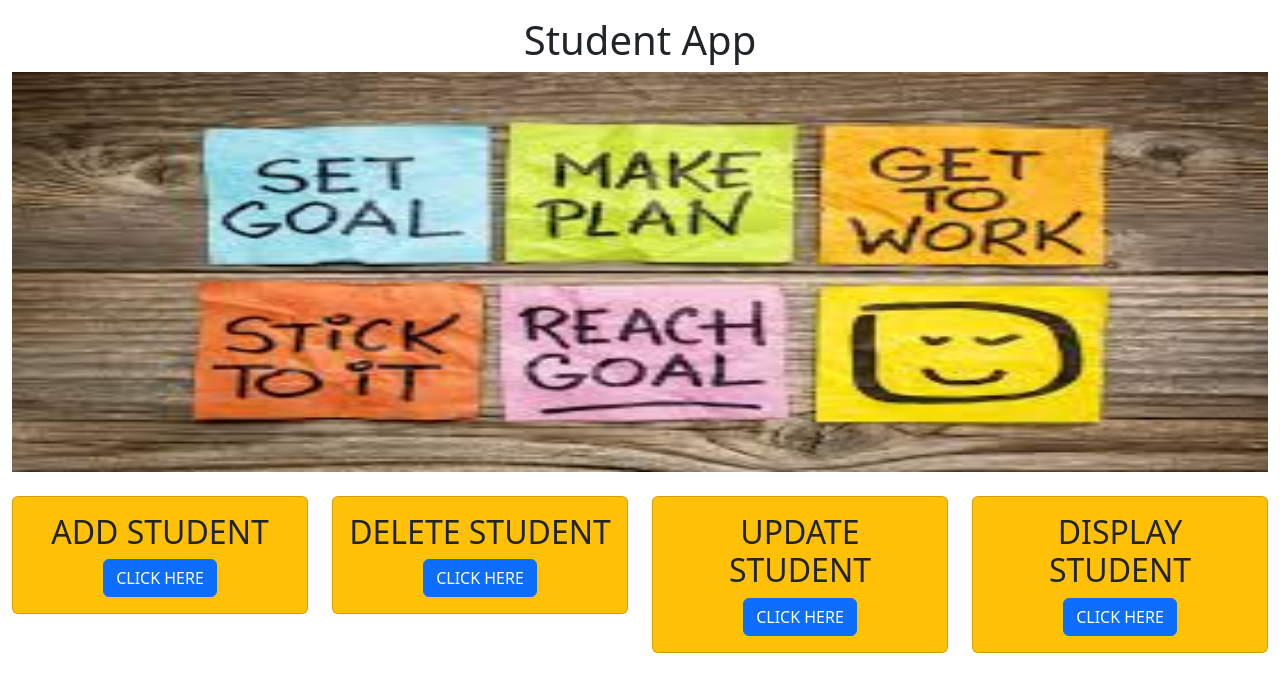
Repository: SNEHASHINDE26/JDBC
Page: eclipse-workspace/StudentApp/src/main/webapp/index.html
The author's editor kept a copy of each file at every save. The page is drawn from the files as they stood at one save, then again after the next save.
The browser window is 1280 px wide. The pictures show the whole page.

Above is the page before, as saved 2024-01-17 12:17:23.

### eclipse-workspace/StudentApp/src/main/webapp/index.html
<!DOCTYPE html>
<html>
<head>
<meta charset="ISO-8859-1">
<title>Student App</title>
<link href="https://cdn.jsdelivr.net/npm/bootstrap@5.3.0-alpha1/dist/css/bootstrap.min.css" rel="stylesheet" integrity="sha384-GLhlTQ8iRABdZLl6O3oVMWSktQOp6b7In1Zl3/Jr59b6EGGoI1aFkw7cmDA6j6gD" crossorigin="anonymous">

</head>
    <nav class="navbar by-warning nav justify-content-center" data-bs-theme="dark"></nav>

    <h1 class="text-center">Student App </h1>

<body>
      <div class="container-fluid text-center 0px">

              <div class="row">
                <div class="col">
                  <img src="img/StudentImg.jpg" height="400px"width="100%"/>
                </div>
              </div><br>

          <div class="row">

              <div class="col">
                <div class="card bg-warning">
                  <div class="card-body">
                    <h2 class="card-title">ADD STUDENT</h2>
                      <a href="add.html"class="btn btn-primary">CLICK HERE</a>
                  </div>
                </div>
              </div>


              <div class="col">
                <div class="card bg-warning">
                  <div class="card-body">
                    <h2 class="card-title">DELETE STUDENT</h2>
                      <a href="Delete.html"class="btn btn-primary">CLICK HERE</a>
                  </div>
                </div>
              </div>


              <div class="col">
                <div class="card bg-warning">
                  <div class="card-body">
                    <h2 class="card-title">UPDATE STUDENT</h2>
                      <a href="Update.html"class="btn btn-primary">CLICK HERE</a>
                  </div>
                </div>
              </div>


              <div class="col">
                <div class="card bg-warning">
                  <div class="card-body">
                    <h2 class="card-title">DISPLAY STUDENT</h2>
                      <a href="displaylink"class="btn btn-primary">CLICK HERE</a>
                  </div>
                </div>
             </div>

        </div>

   </div>

</body>
<footer>
        <script src="https://cdn.jsdelivr.net/npm/bootstrap@5.3.0-alpha1/dist/js/bootstrap.bundle.min.js" integrity="sha384-w76AqPfDkMBDXo30jS1Sgez6pr3x5MlQ1ZAGC+nuZB+EYdgRZgiwxhTBTkF7CXvN" crossorigin="anonymous"></script>
</footer>
</html>

After the next save:
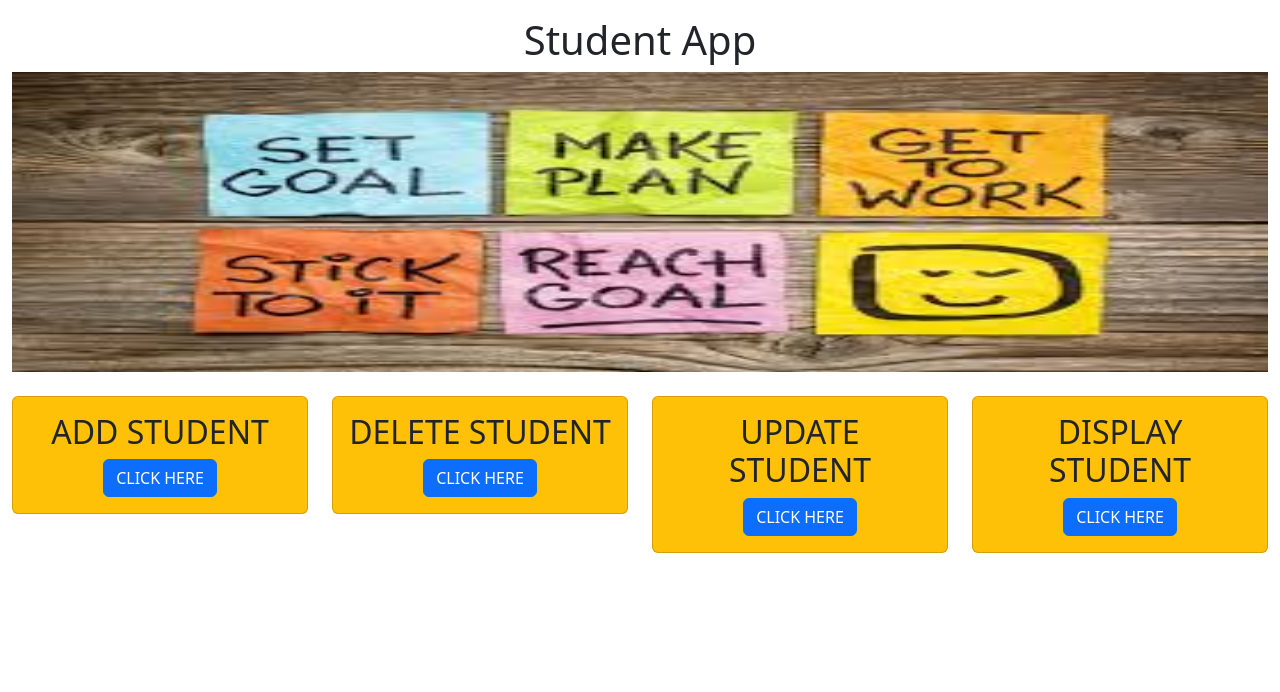
Saved 32 s later.
--- a/eclipse-workspace/StudentApp/src/main/webapp/index.html
+++ b/eclipse-workspace/StudentApp/src/main/webapp/index.html
@@ -15,7 +15,7 @@
 
               <div class="row">
                 <div class="col">
-                  <img src="img/StudentImg.jpg" height="400px"width="100%"/>
+                  <img src="img/StudentImg.jpg" height="300px"width="100%"/>
                 </div>
               </div><br>
 

After the save that followed:
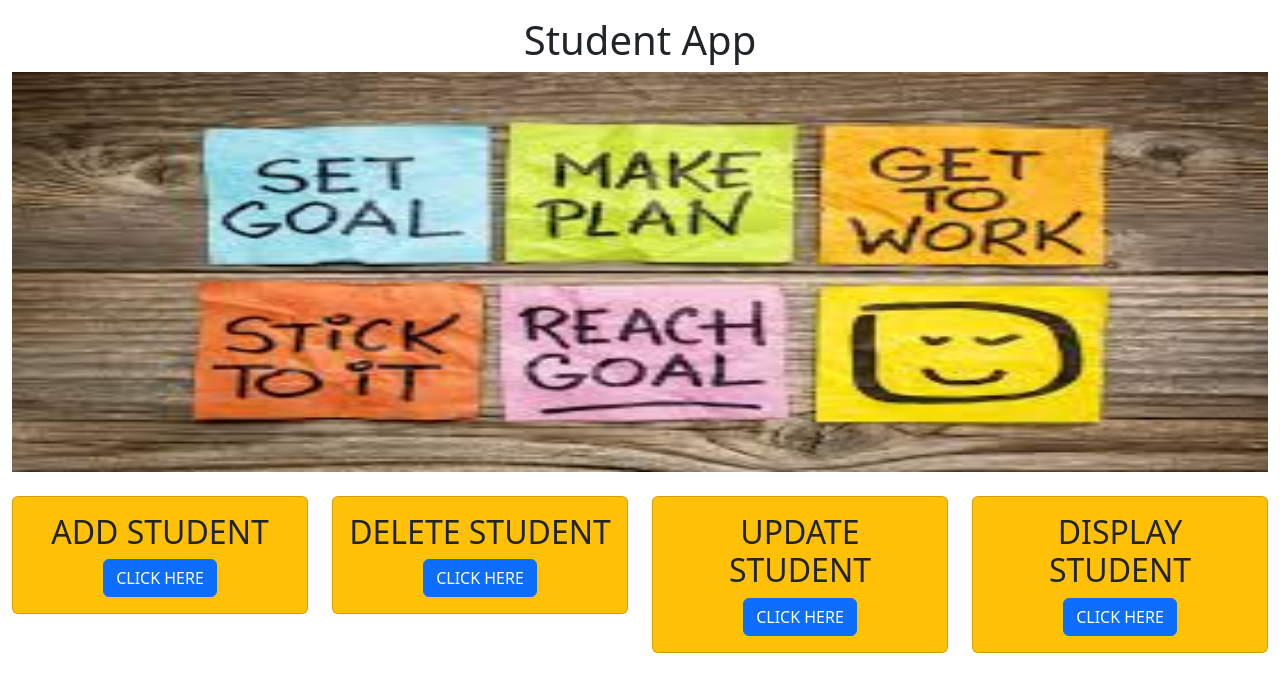
Saved 16 s later.
--- a/eclipse-workspace/StudentApp/src/main/webapp/index.html
+++ b/eclipse-workspace/StudentApp/src/main/webapp/index.html
@@ -15,7 +15,7 @@
 
               <div class="row">
                 <div class="col">
-                  <img src="img/StudentImg.jpg" height="300px"width="100%"/>
+                  <img src="img/StudentImg.jpg" height="400px"width="100%"/>
                 </div>
               </div><br>
 
